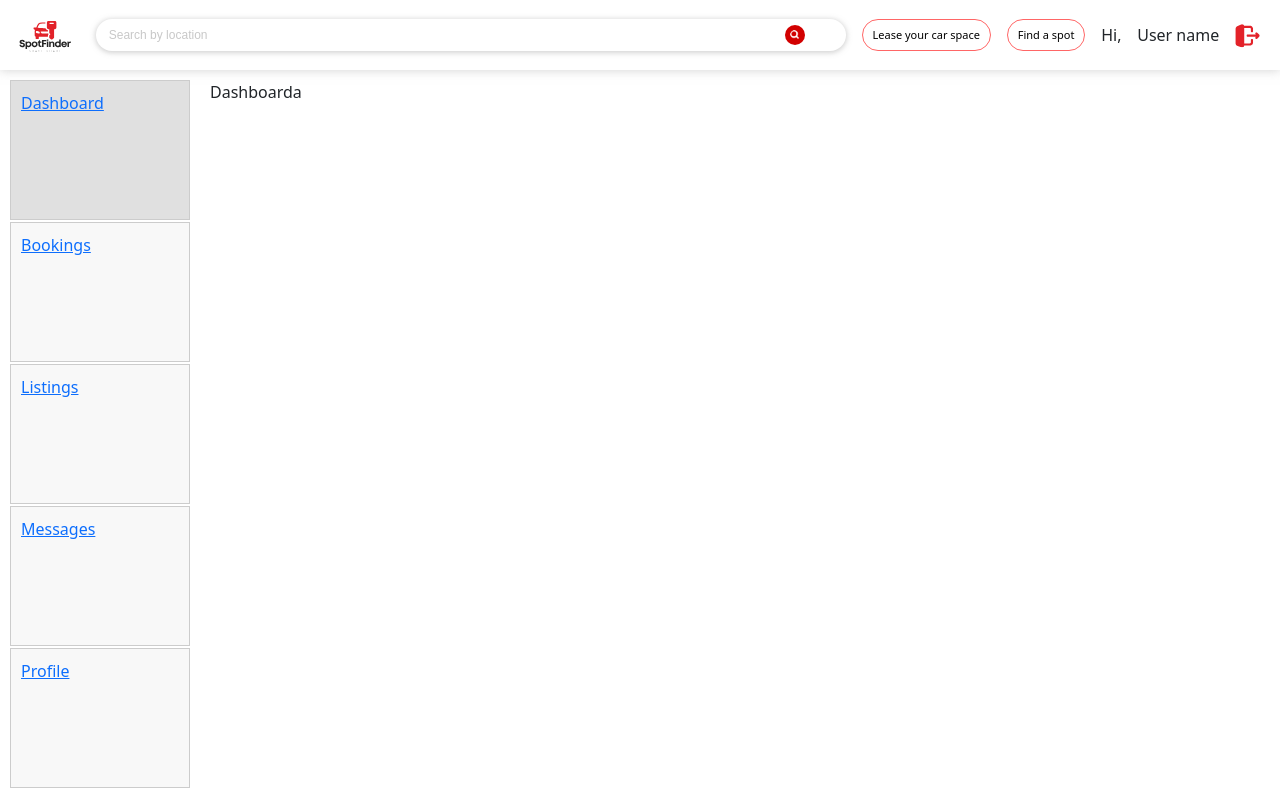
Repository: UNSWSpotFinder/SpotFinder
Page: /dashboard (app in frontend/)
An editor plug-in stored every save of this project. The page is shown before and after the next save, followed by the edit.
The browser window is 1280 px wide. The pictures show the whole page.
The project was rebuilt for these pictures with package versions that can differ from the ones it lists, and the page was loaded fresh each time. Also part of the build but not shown: frontend/src/Login.css, frontend/src/Login.jsx, frontend/src/Regist.css, frontend/src/Regist.jsx, frontend/src/HomePage.jsx, frontend/src/App.css, frontend/src/components/Bookings.jsx, frontend/src/components/Listings.jsx and 2 more.

Above is the page before, as saved 2024-03-09 20:33:09.

After the next save:
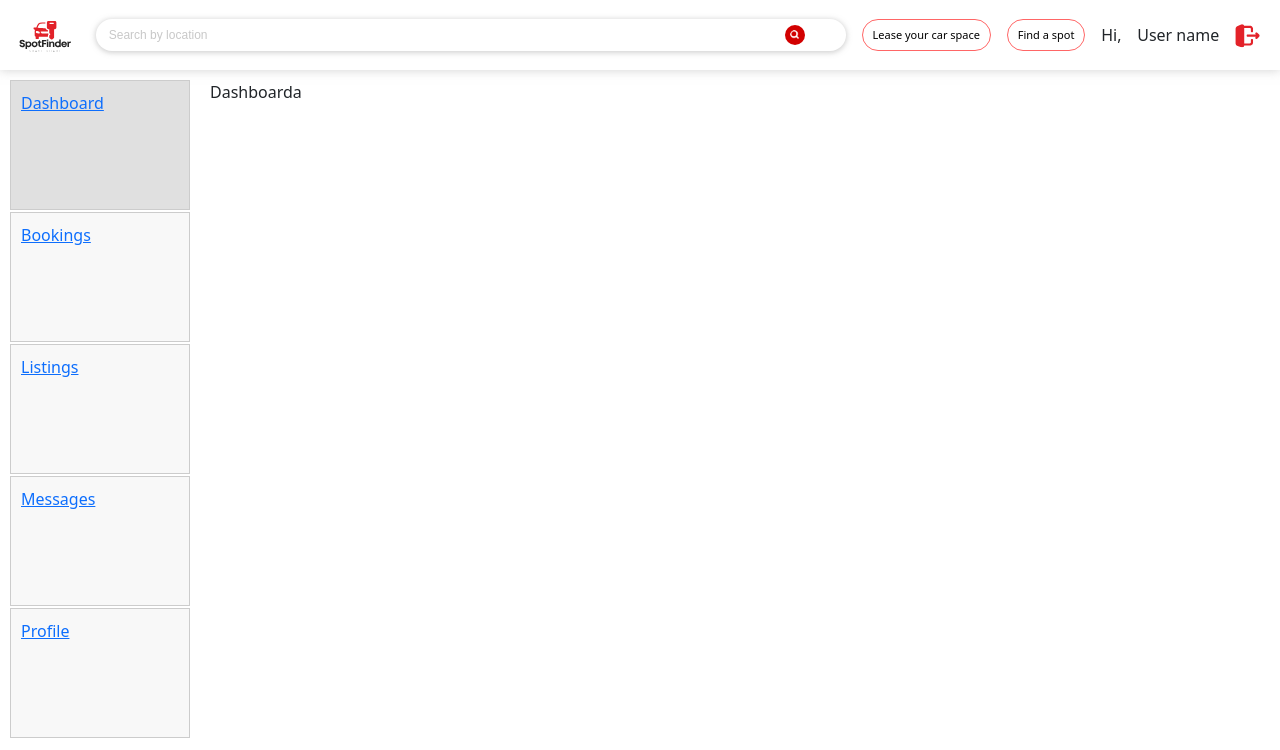
Saved 8 s later.
--- a/frontend/src/components/DashboardTop.css
+++ b/frontend/src/components/DashboardTop.css
@@ -59,7 +59,7 @@
 
   .side-nav-spcific {
     background-color: #f5f5f5; /* 浅色背景 */
-    height: 140px;
+    height: 130px;
     margin-bottom: 2px;
     padding: 10px; /* 内边距 */
     border: 1px solid #cccccc; /* 添加底部边框 */
